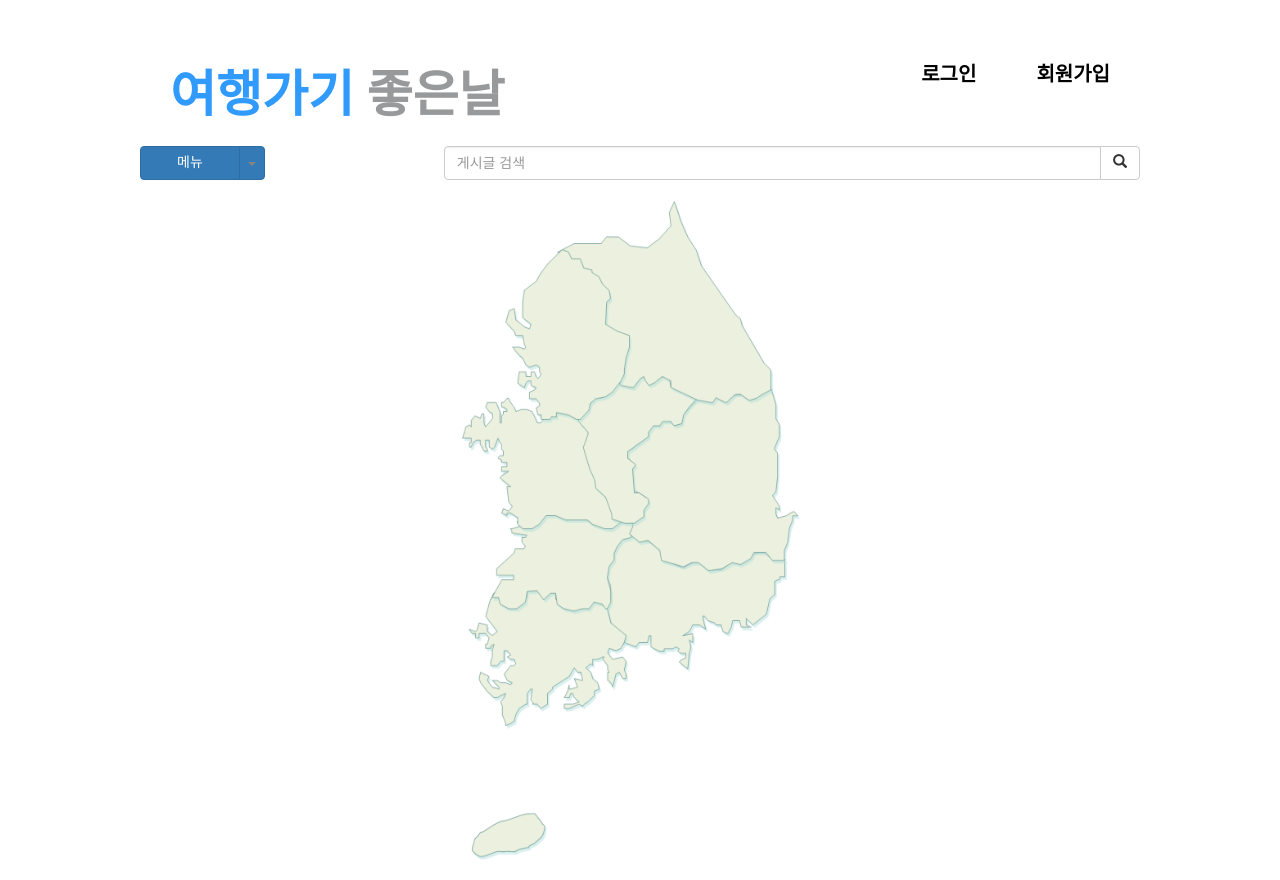
Repository: Hotmintchoco/teamProject1
Page: http://localhost/tripProject/mypage.jsp
An editor plug-in stored every save of this project. The page is shown before and after the next save, followed by the edit.
The browser window is 1280 px wide. The pictures show the whole page.
Some web fonts or font styles are not loaded; a fallback is used. The page is served by Tomcat 9. Nobody is signed in. The application's start-up code is not run.

Above is the page before, as saved 2022-07-02 11:45:09.

After the next save:
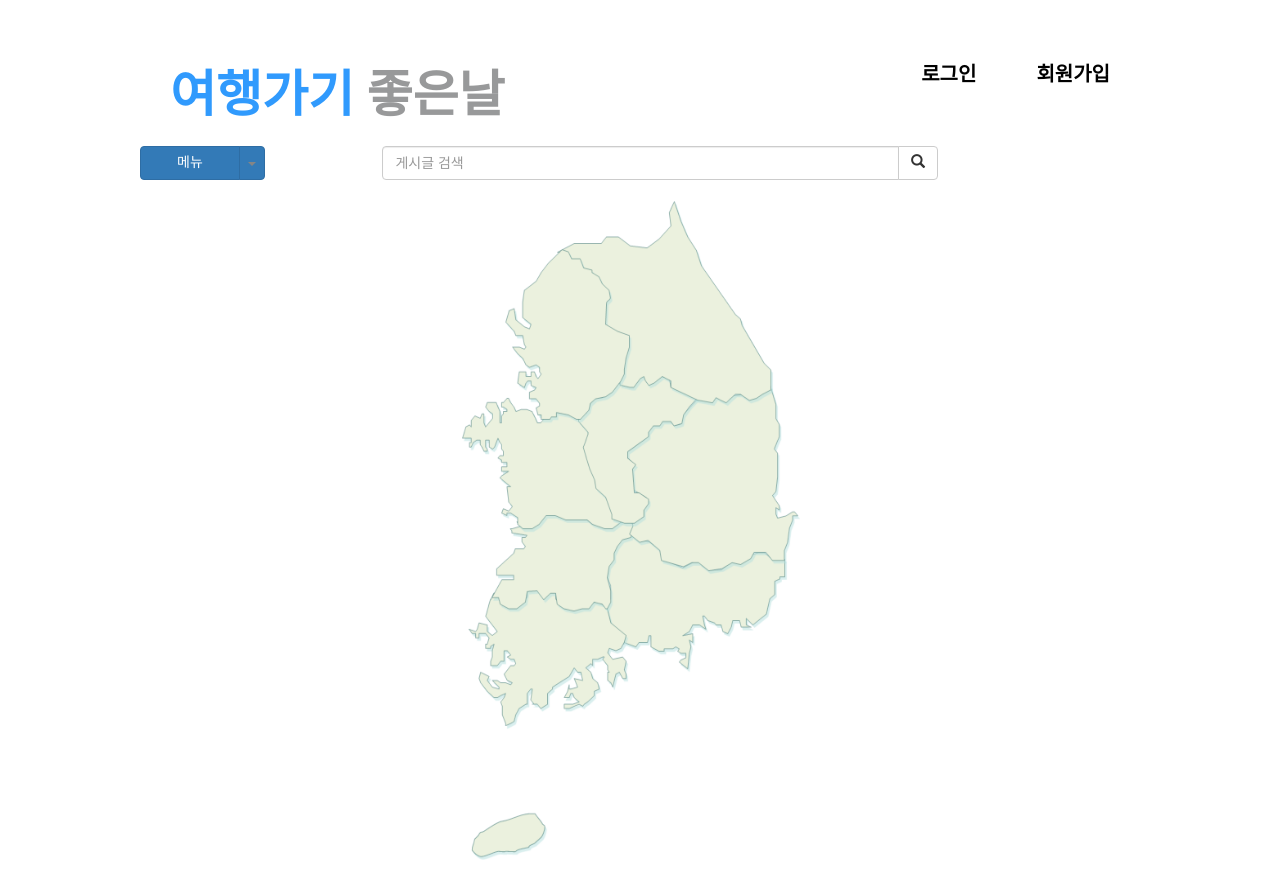
Saved 43 s later.
--- a/tripProject/src/main/webapp/mypage.jsp
+++ b/tripProject/src/main/webapp/mypage.jsp
@@ -72,6 +72,7 @@
 						</div>
 					</form>
 					</td>
+					<td style="width: 20%;"></td>
 				</tr>
 			</tbody>
 		</table>
